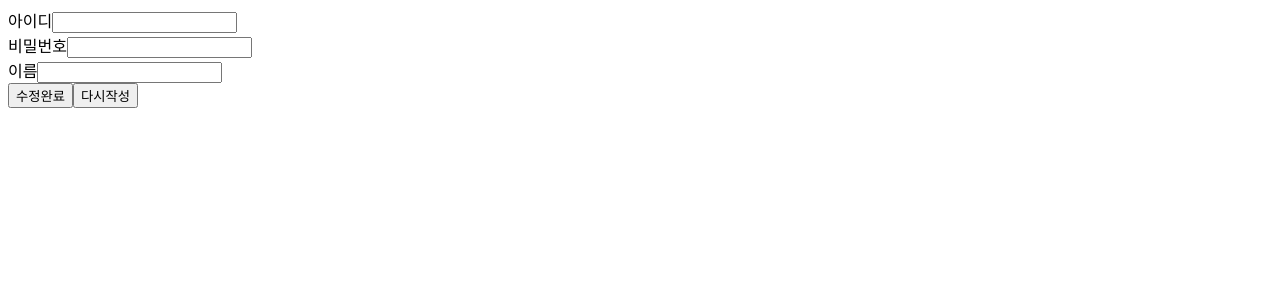
Repository: Tak-kuen/18-2
Page: http://localhost/studyjsp/Jsp수업/348_deleteForm.jsp
An editor plug-in stored every save of this project. The page is shown before and after the next save, followed by the edit.
The browser window is 1280 px wide. The pictures show the whole page.
The page is served by Tomcat 9. Other server files are loaded and not shown.

Above is the page before, as saved 2018-09-20 09:20:22.

### code/studyjsp/WebContent/Jsp수업/348_deleteForm.jsp
<%@ page language="java" contentType="text/html; charset=UTF-8"
    pageEncoding="UTF-8"%>
<!DOCTYPE html>
<html>
<head>
<meta charset="UTF-8">
<title>1501163</title>
</head>
<body>
	<form method="post" action="345_updatePro.jsp">
		<label for="id">아이디</label><input type="text" name="id" required><br/>
		<label for="passwd">비밀번호</label><input type="password" name="passwd" required><br/>
		<label for="name">이름</label><input type="text" name="name" required><br/>
		<input type="submit" value="수정완료"><input type="reset" value="다시작성">
	</form>

</body>
</html>

After the next save:
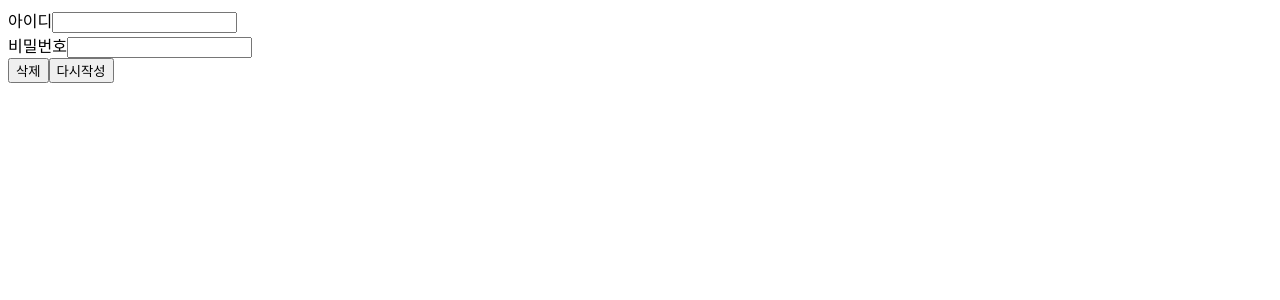
Saved 33 s later.
--- a/code/studyjsp/WebContent/Jsp수업/348_deleteForm.jsp
+++ b/code/studyjsp/WebContent/Jsp수업/348_deleteForm.jsp
@@ -7,11 +7,10 @@
 <title>1501163</title>
 </head>
 <body>
-	<form method="post" action="345_updatePro.jsp">
+	<form method="post" action="349_deletePro.jsp">
 		<label for="id">아이디</label><input type="text" name="id" required><br/>
 		<label for="passwd">비밀번호</label><input type="password" name="passwd" required><br/>
-		<label for="name">이름</label><input type="text" name="name" required><br/>
-		<input type="submit" value="수정완료"><input type="reset" value="다시작성">
+		<input type="submit" value="삭제"><input type="reset" value="다시작성">
 	</form>
 
 </body>
